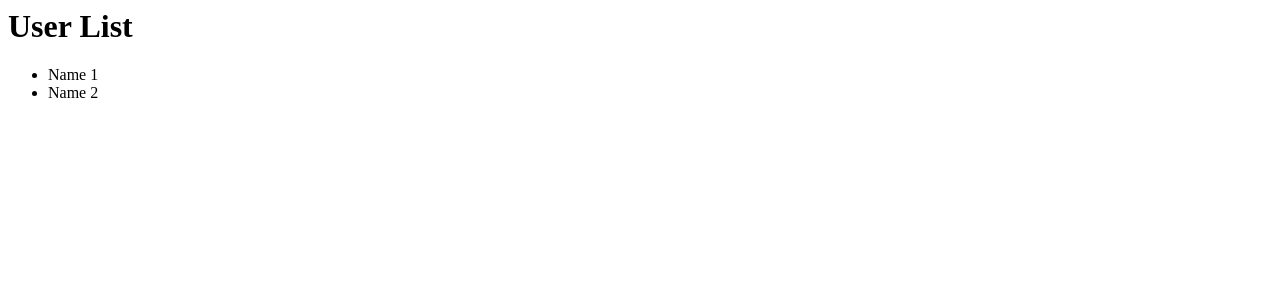
Repository: HuuNghi/nodeTokyo
Page: http://localhost/users
These files come from the project's save history. The page is drawn as it stood at one moment and after the next save; the edit follows.
The browser window is 1280 px wide. The pictures show the whole page.
The page is served by the project's Node server (index.js).

Above is the page before, as saved 2020-04-05 22:38:07.

After the next save:
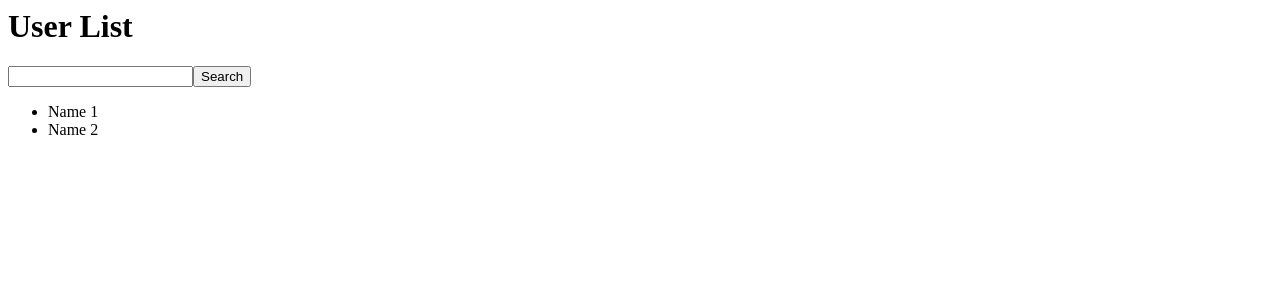
Saved 12 min 29 s later.
--- a/views/users/index.pug
+++ b/views/users/index.pug
@@ -1,4 +1,7 @@
 h1 User List
+form(action='users/search' method='GET')
+  input(type='text' name='q')
+  button Search
 ul
   each user in users
     li= user.name
